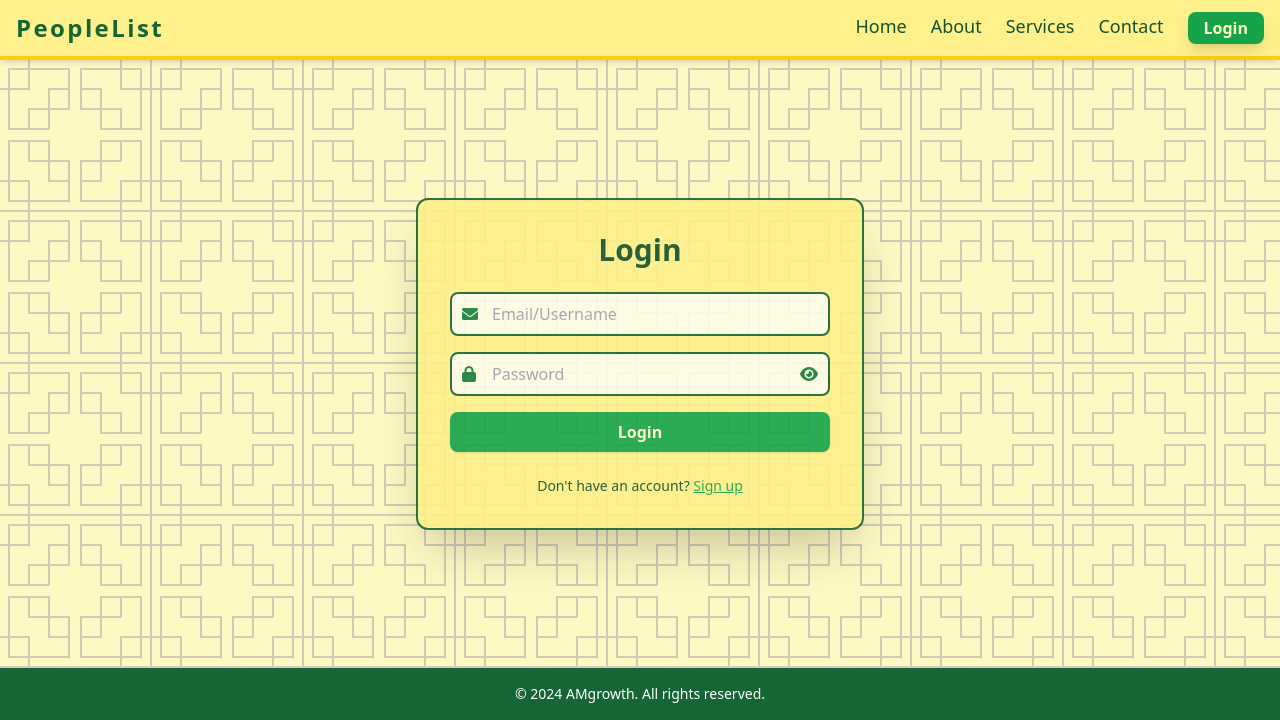
Repository: ArievfRahman-Dev/Mini-Project-II
Page: /login (app in miniproject2/)
These files come from the project's save history. The page is drawn as it stood at one moment and after a run of saves; the edit follows.
The browser window is 1280 px wide. The pictures show the whole page.
The project was rebuilt for these pictures with package versions that can differ from the ones it lists, and the page was loaded fresh each time. Also part of the build but not shown: miniproject2/vite.config.js, miniproject2/src/pages/HomePage/index.jsx, miniproject2/src/pages/DetailUser/index.jsx, miniproject2/src/pages/RegisterPages/index.jsx, miniproject2/src/routes/ProtectedRoute.jsx.

Above is the page before, as saved 2024-12-24 09:16:46.

After the next 2 saves:
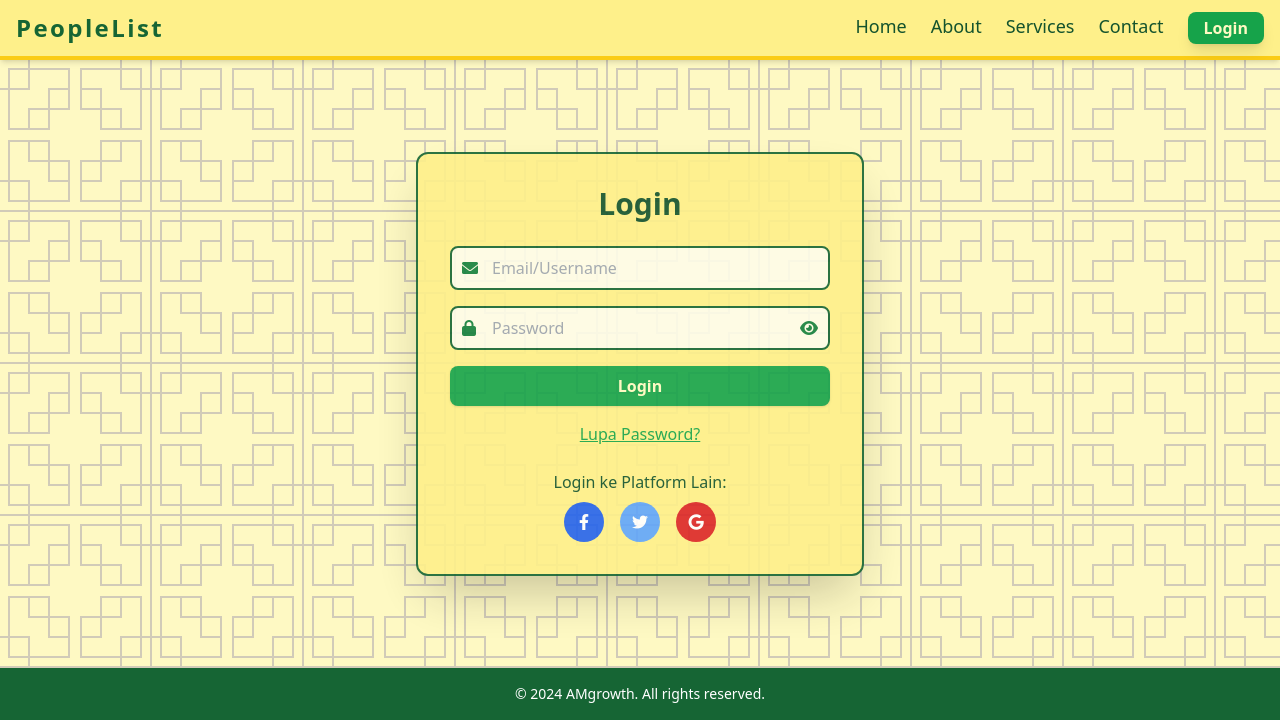
The 2 saves are shown as one change because 1 did not build or start.
The last was saved 2 min 3 s later.
--- a/miniproject2/src/pages/LoginPage/index.jsx
+++ b/miniproject2/src/pages/LoginPage/index.jsx
@@ -102,15 +102,30 @@ export const LoginPage = () => {
               {loading ? "Loading..." : "Login"}
             </button>
           </form>
-          <p className="mt-6 text-sm text-center text-green-900">
-            Don't have an account?{" "}
+
+          <div className="mt-4 text-center">
             <Link
-              to={`/regist`}
+              to={`/forgot-password`}
               className="text-green-600 underline hover:text-green-800 retro-font"
             >
-              Sign up
+              Lupa Password?
             </Link>
-          </p>
+          </div>
+
+          <div className="mt-6 text-center">
+            <p className="text-green-900">Login ke Platform Lain:</p>
+            <div className="flex justify-center space-x-4 mt-2">
+              <button className="w-10 h-10 bg-blue-600 text-white rounded-full flex items-center justify-center hover:bg-blue-800">
+                <i className="fab fa-facebook-f"></i>
+              </button>
+              <button className="w-10 h-10 bg-blue-400 text-white rounded-full flex items-center justify-center hover:bg-blue-600">
+                <i className="fab fa-twitter"></i>
+              </button>
+              <button className="w-10 h-10 bg-red-600 text-white rounded-full flex items-center justify-center hover:bg-red-800">
+                <i className="fab fa-google"></i>
+              </button>
+            </div>
+          </div>
         </div>
       </div>
 
